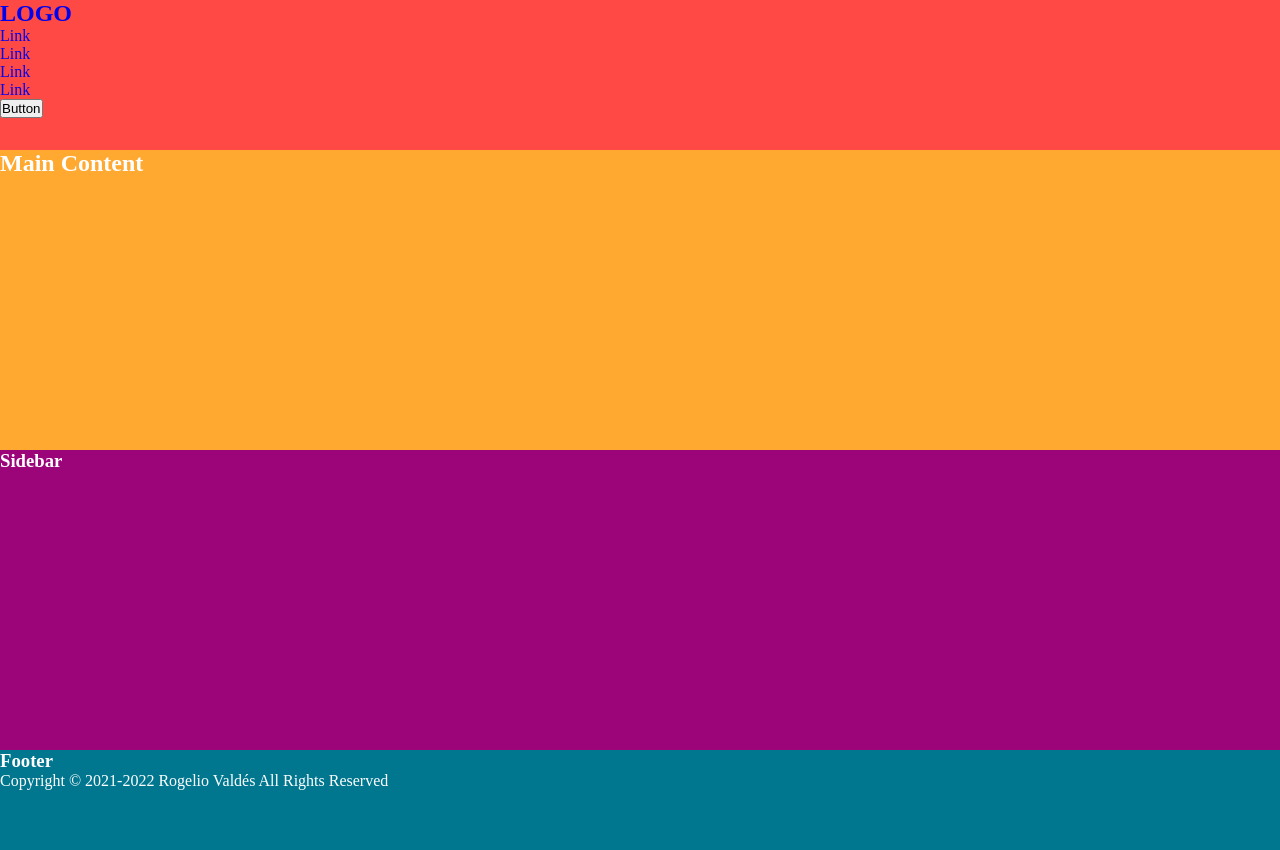
Repository: roge64/htmlfrontend
Page: index2.html
The author's editor kept a copy of each file at every save. The page is drawn from the files as they stood at one save, then again after the next save.
The browser window is 1280 px wide. The pictures show the whole page.

Above is the page before, as saved 2022-03-02 15:48:26.

### index2.html
<!DOCTYPE html>
<html lang="en">
<head>
    <meta charset="UTF-8">
    <meta http-equiv="X-UA-Compatible" content="IE=edge">
    <meta name="viewport" content="width=device-width, initial-scale=1.0">
    <title>Document</title>
    <link rel="stylesheet" href="estilos/estilos2.css">
</head>
<body>

        <div class="container">

            <header>
                <nav>
                  <ul>
                    <li><a href="#"><h1>LOGO</h1></a></li>
                    <li><a href="#">Link</a></li>
                    <li><a href="#">Link</a></li>
                    <li><a href="#">Link</a></li>
                    <li><a href="#">Link</a></li>
                  </ul>
                </nav>
                <button>Button</button>
            </header>


                <section class="main">
                    <h2>Main Content</h2>
                </section>

                <aside class="sidebar">
                    <h3>Sidebar</h3>
                </aside>


            <footer>
                <h3>Footer</h3>
                <p> Copyright &copy; 2021-<script>document.write(new Date().getFullYear())</script> Rogelio Valdés All Rights Reserved</p>
            </footer>

        </div>
</body>
</html>

### estilos/estilos2.css
* {
    margin: 0;
    padding: 0;
    box-sizing: border-box;
}

a {
    text-decoration: none;
}

header {
   height: 150px;
   background-color: #FF4945;
}

.main {
   height: 300px;
  color: white;
   background-color: #FFA931;
}

.sidebar {
   height: 300px;
  color: white;
    background-color: #9B0579;
}

footer {
   height: 100px;
   color: white;
   background-color: #00778F;
   text-decoration: center;
}
/* Page Layout */


header {
    grid-area: header;
}
.main {
    grid-area: main;
}
.sidebar {
    grid-area: sidebar;
}
footer {
    grid-area: footer;
}

After the next save:
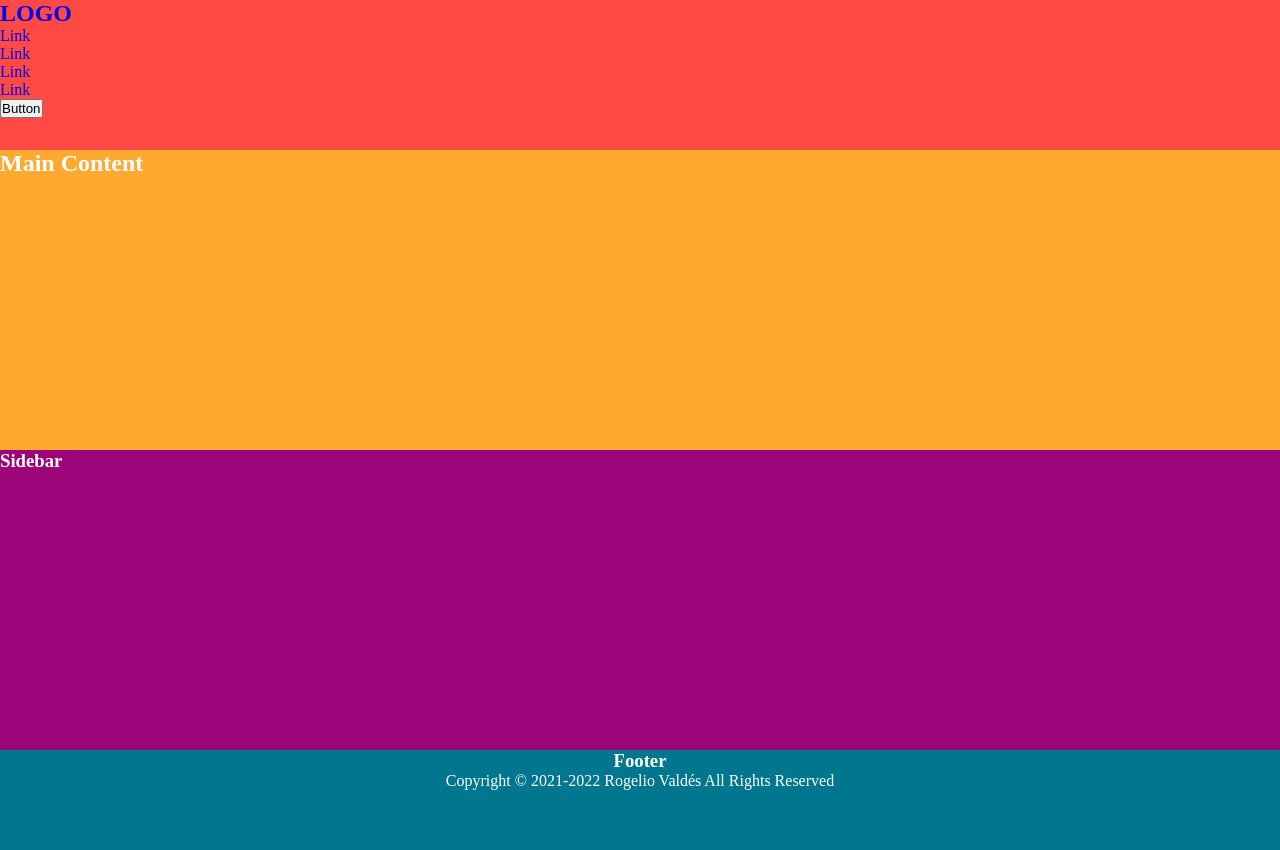
Saved 11 s later.
--- a/estilos/estilos2.css
+++ b/estilos/estilos2.css
@@ -29,7 +29,7 @@ footer {
    height: 100px;
    color: white;
    background-color: #00778F;
-   text-decoration: center;
+   text-align: center;
 }
 /* Page Layout */
 
